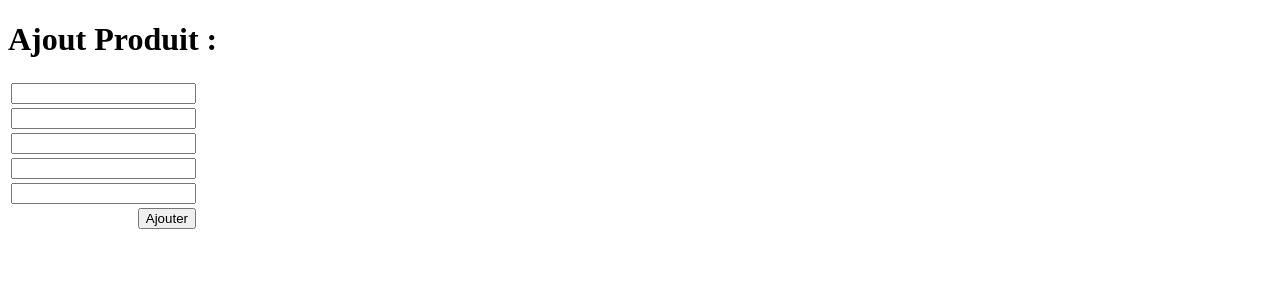
Repository: EBusinesss/Ebusiness
Page: http://localhost/EcomWEB/
The author's editor kept a copy of each file at every save. The page is drawn from the files as they stood at one save, then again after the next save.
The browser window is 1280 px wide. The pictures show the whole page.
The page is served by Tomcat 9. Nobody is signed in. The application's start-up code is not run. Other server files are loaded and not shown.

Above is the page before, as saved 2014-12-06 21:34:50.

### Workspace/EcomWEB/WebContent/index.jsp
<%@ page language="java" contentType="text/html; charset=ISO-8859-1"
    pageEncoding="ISO-8859-1"%>
<!DOCTYPE html PUBLIC "-//W3C//DTD HTML 4.01 Transitional//EN" "http://www.w3.org/TR/html4/loose.dtd">
<html>
<head>
<meta http-equiv="Content-Type" content="text/html; charset=ISO-8859-1">
<title>Insert title here</title>
</head>
<body>
		<h1>Ajout Produit :</h1>
		<form action="AddProductServlet" method="post">
		<table>
			<tr><td><input type="text" name="nomProduit" width="25"></td></tr>
			<tr><td><input type="text" name="descProduit" width="25"></td></tr>
			<tr><td><input type="text" name="imgProduit" width="25"></td></tr>
			<tr><td><input type="text" name="prixProduit" width="25"></td></tr>
			<tr><td><input type="text" name="quantiteProduit" width="25"></td></tr>
			<tr>
				<td align="right" colspan="3">
					<button name="submit" type="submit">Ajouter</button>
				</td>
			</tr>
		</table>
		</form>

</body>
</html>

After the next save:
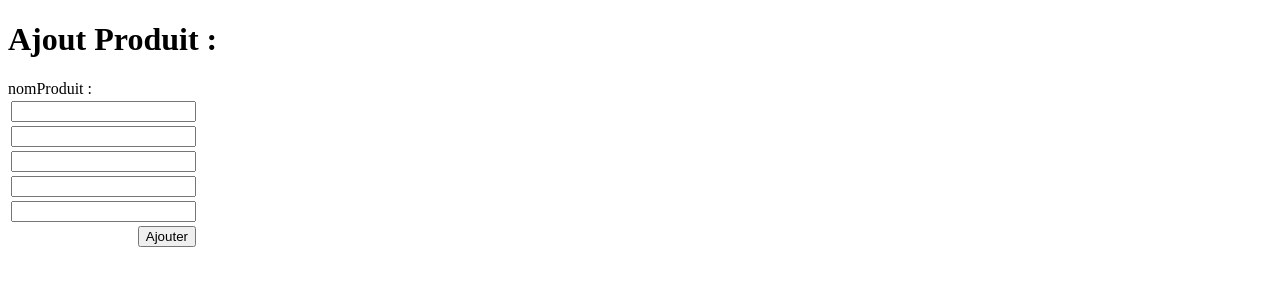
Saved 96 s later.
--- a/Workspace/EcomWEB/WebContent/index.jsp
+++ b/Workspace/EcomWEB/WebContent/index.jsp
@@ -10,7 +10,7 @@
 		<h1>Ajout Produit :</h1>
 		<form action="AddProductServlet" method="post">
 		<table>
-			<tr><td><input type="text" name="nomProduit" width="25"></td></tr>
+			<tr>nomProduit :<td><input type="text" name="nomProduit" width="25"></td></tr>
 			<tr><td><input type="text" name="descProduit" width="25"></td></tr>
 			<tr><td><input type="text" name="imgProduit" width="25"></td></tr>
 			<tr><td><input type="text" name="prixProduit" width="25"></td></tr>
